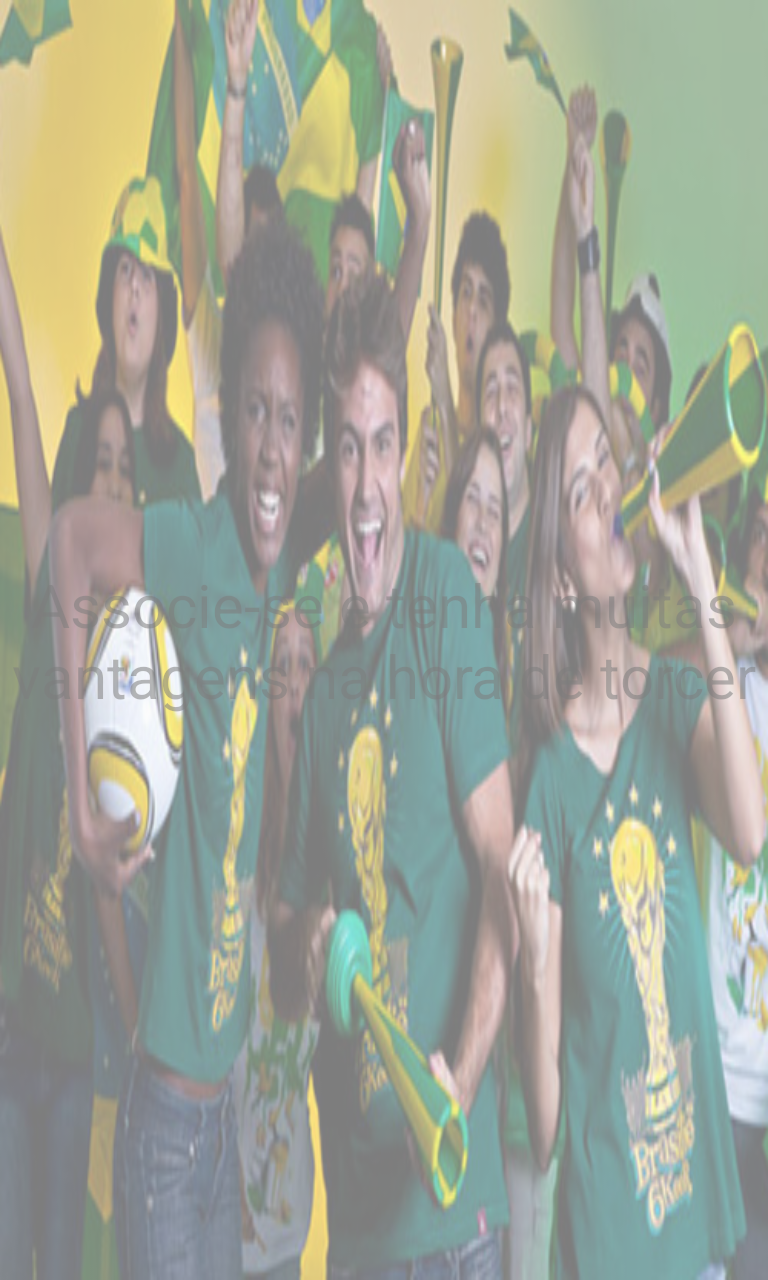
Repository: wellingtondessuy/AppLearning
Layout: HappyApp/res/layout/fragment_5.xml
The author's editor kept a copy of each file at every save. The layout is drawn from the files as they stood at one save, then again after the next save.
It is drawn on a 768 x 1280 px phone screen (xhdpi) without system bars, with theme AppTheme; the app's code is not run.

Above is the layout before, as saved 2015-05-22 14:21:48.

After the next save:
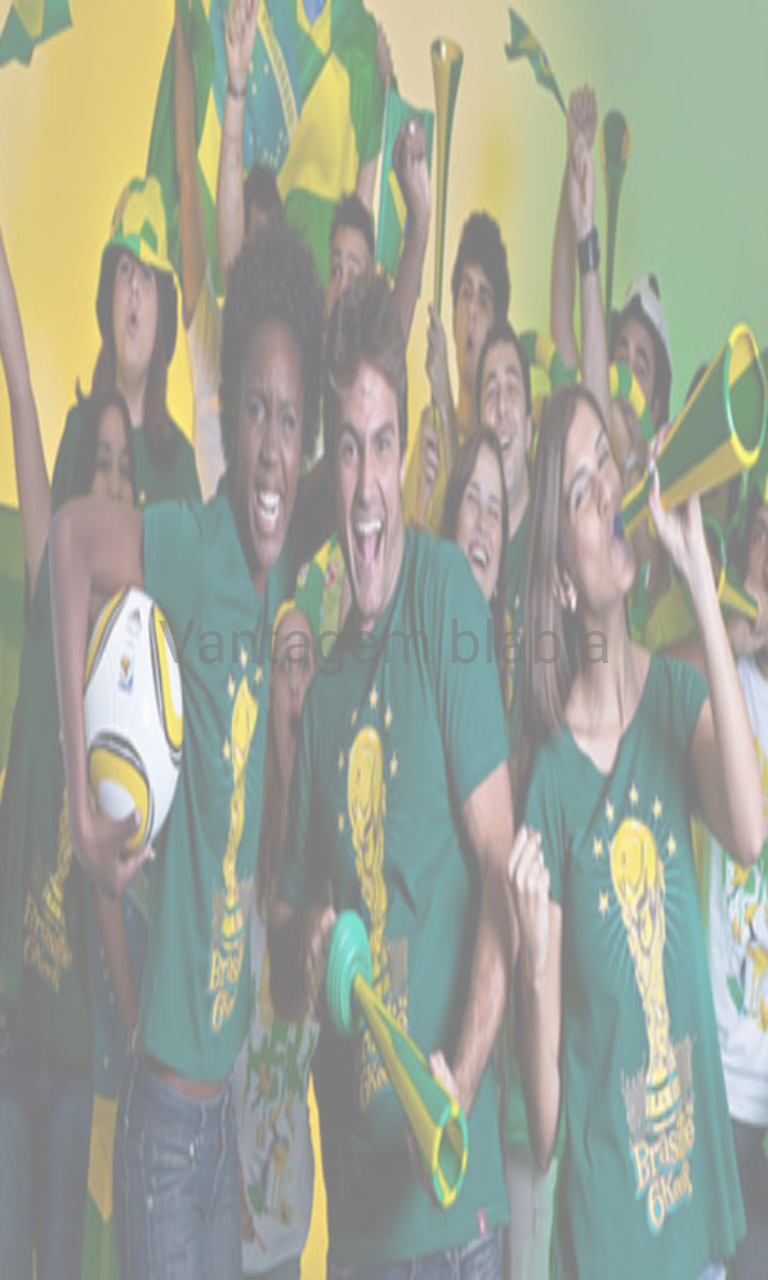
Saved 1 s later.
--- a/HappyApp/res/layout/fragment_5.xml
+++ b/HappyApp/res/layout/fragment_5.xml
@@ -7,7 +7,7 @@
     tools:context="com.example.happyapp.MainActivity$PlaceholderFragment" >
 
     <TextView
-	    android:text="@string/presentation1"
+	    android:text="@string/presentation5"
 	    android:textSize="30sp"
 	    android:layout_width="match_parent"
 	    android:layout_height="match_parent"
